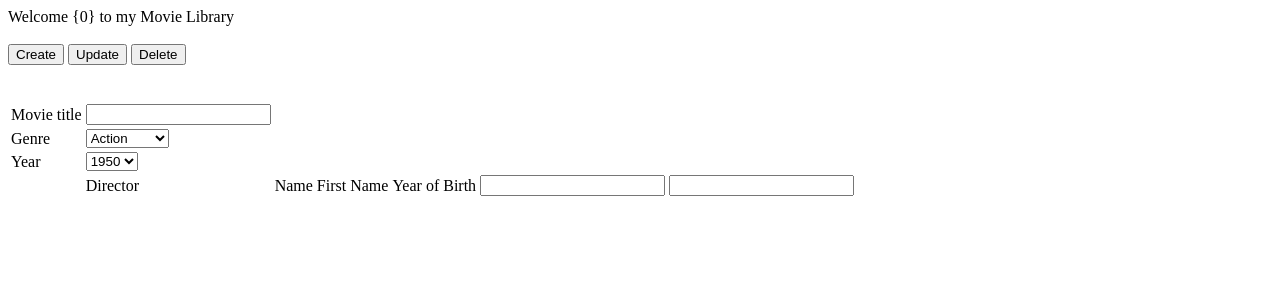
Repository: Romanetvin/InteractMovieLibrary
Page: http://localhost/Interact/views/home.jsp
These files come from the project's save history. The page is drawn as it stood at one moment and after the next save; the edit follows.
The browser window is 1280 px wide. The pictures show the whole page.
The page is served by Tomcat 9. Other server files are loaded and not shown.

Above is the page before, as saved 2017-02-01 14:21:53.

### Interact/src/main/webapp/views/home.jsp
<%@ page language="java" contentType="text/html; charset=UTF-8" isELIgnored="false"
    pageEncoding="UTF-8"%>
<%@taglib uri="http://www.springframework.org/tags" prefix="spring"%>
<!DOCTYPE html PUBLIC "-//W3C//DTD HTML 4.01 Transitional//EN" "http://www.w3.org/TR/html4/loose.dtd">
<html>
<head>
<meta http-equiv="Content-Type" content="text/html; charset=UTF-8">
<title><spring:message code="homePage.title"/></title>
</head>
<body>
	<spring:message code="homePage.label.welcome" arguments="${user}"/>

	<br>
	<br>


	<a ref="#movieForm"><button><spring:message code="homePage.label.create"></spring:message></button></a>

	<a ref="/movie/update"><button><spring:message code="homePage.label.update"></spring:message></button></a>

	<a ref="/movie/delete"><button><spring:message code="homePage.label.delete"></spring:message></button></a>

	<br>
	<br>
	<br>




	<form action="/movie/add" id="movieForm">
		<table border="0">
			<tr>
				<td>Movie title</td>
				<td><input type="text"/></td>
			</tr>
			<tr>
				<td>Genre </td>
				<td><select>
					<option>Action</option>
					<option>Adventure</option>
					<option>Comedy</option>
					<option>Crime</option>
					<option>Drama</option>
					<option>SciFi</option>
					<option>Western</option>
				</select></td>
				</tr>
				<tr>
					<td>Year</td>
					<td>
						<select>
					<%for(int i = 1950; i<2018;i++){ %>
						<option name="year" value="<%=i%>"><%=i%></option>
					<%} %>
						</select>
					</td>
				</tr>
				<tr>
				<td></td><td> Director</td>
				<td>Name</td><td>First Name</td><td>Year of Birth</td>
				<td><input type="text" name="directorName"></td><td><input type="text" name="directorFN"></td><td></td>
				</tr>
			</table>

	</form>
</body>
</html>

After the next save:
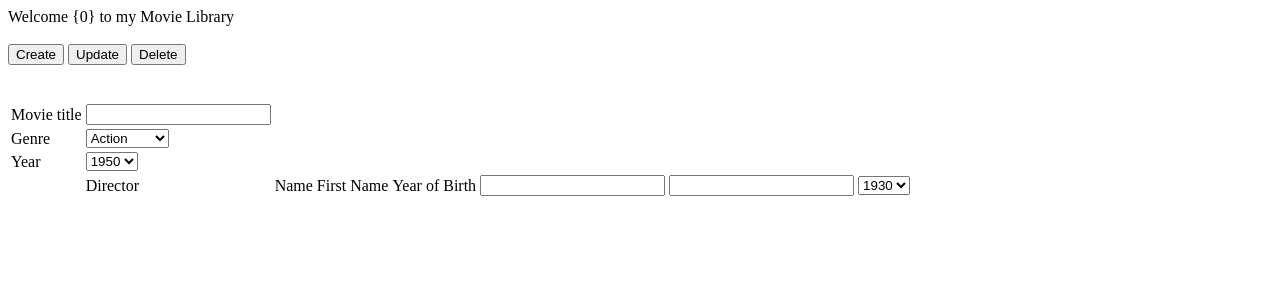
Saved 25 s later.
--- a/Interact/src/main/webapp/views/home.jsp
+++ b/Interact/src/main/webapp/views/home.jsp
@@ -58,7 +58,11 @@
 				<tr>
 				<td></td><td> Director</td>
 				<td>Name</td><td>First Name</td><td>Year of Birth</td>
-				<td><input type="text" name="directorName"></td><td><input type="text" name="directorFN"></td><td></td>
+				<td><input type="text" name="directorName"></td><td><input type="text" name="directorFN"></td><td><select>
+					<%for(int i = 1930; i<2001;i++){ %>
+						<option name="year" value="<%=i%>"><%=i%></option>
+					<%} %>
+						</select></td>
 				</tr>
 			</table>
 
